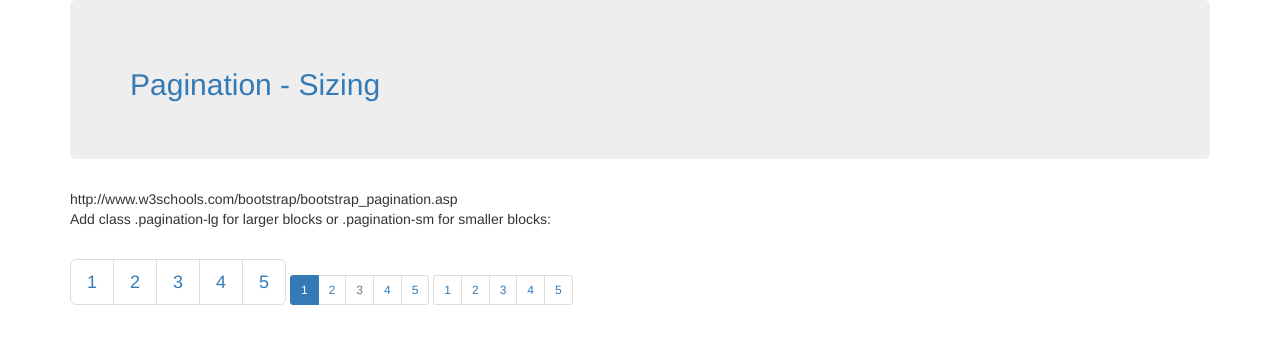
Repository: jksfoTemp/html-css-js
Page: -HTML5/bootstrap/pagination.html
The author's editor kept a record of every edit. The page is drawn from the files as they stood at one moment, then again after the next edit.
The browser window is 1280 px wide. The pictures show the whole page.
Some web libraries are served in a nearby version.

Above is the page before.

### -HTML5/bootstrap/pagination.html
<!DOCTYPE html>
<html lang="en">

<head>
    <title>Bootstrap - Buttons</title>
    <meta charset="utf-8">
    <meta name="viewport" content="width=device-width, initial-scale=1">

    <!-- <link rel="stylesheet" href="http://reset5.googlecode.com/hg/reset.min.css"> -->

    <!-- Latest compiled and minified CSS -->
    <link rel="stylesheet" href="https://maxcdn.bootstrapcdn.com/bootstrap/3.3.2/css/bootstrap.min.css">

    <!-- Optional theme -->
    <link rel="stylesheet" href="https://maxcdn.bootstrapcdn.com/bootstrap/3.3.2/css/bootstrap-theme.min.css">

    <script src="https://code.jquery.com/jquery-2.1.3.min.js"></script>

    <!-- Latest compiled and minified JavaScript -->
    <script src="https://maxcdn.bootstrapcdn.com/bootstrap/3.3.2/js/bootstrap.min.js">
    </script>

</head>

<body>
    <div class="container">
        <div class="jumbotron ">
            <h2><a href="http://www.w3schools.com/bootstrap/bootstrap_buttons.asp">Pagination - Sizing</a></h2>
        </div>

        http://www.w3schools.com/bootstrap/bootstrap_pagination.asp        <p>Add class .pagination-lg for larger blocks or .pagination-sm for smaller blocks:</p>
        <ul class="pagination pagination-lg">
            <li><a href="#">1</a>
            </li>
            <li><a href="#">2</a>
            </li>
            <li><a href="#">3</a>
            </li>
            <li><a href="#">4</a>
            </li>
            <li><a href="#">5</a>
            </li>
        </ul>

        <ul class="pagination pagination-sm">
            <li class="active"><a href="#">1</a>
            </li>
            <li><a href="#">2</a>
            </li>
            <li class="disabled"><a href="#">3</a>
            </li>
            <li><a href="#">4</a>
            </li>
            <li><a href="#">5</a>
            </li>
        </ul>

        <ul class="pagination pagination-sm">
            <li><a href="#">1</a>
            </li>
            <li><a href="#">2</a>
            </li>
            <li><a href="#">3</a>
            </li>
            <li><a href="#">4</a>
            </li>
            <li><a href="#">5</a>
            </li>
        </ul>

    </div>
</body>

</html>

After the next edit:
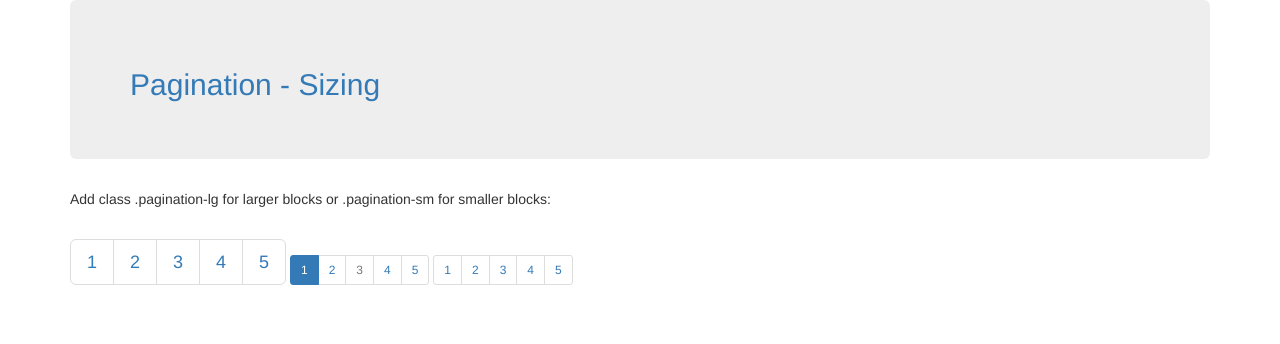
The edit:
--- a/-HTML5/bootstrap/pagination.html
+++ b/-HTML5/bootstrap/pagination.html
@@ -28,7 +28,7 @@
             <h2><a href="http://www.w3schools.com/bootstrap/bootstrap_buttons.asp">Pagination - Sizing</a></h2>
         </div>
 
-        http://www.w3schools.com/bootstrap/bootstrap_pagination.asp        <p>Add class .pagination-lg for larger blocks or .pagination-sm for smaller blocks:</p>
+        <p>Add class .pagination-lg for larger blocks or .pagination-sm for smaller blocks:</p>
         <ul class="pagination pagination-lg">
             <li><a href="#">1</a>
             </li>
